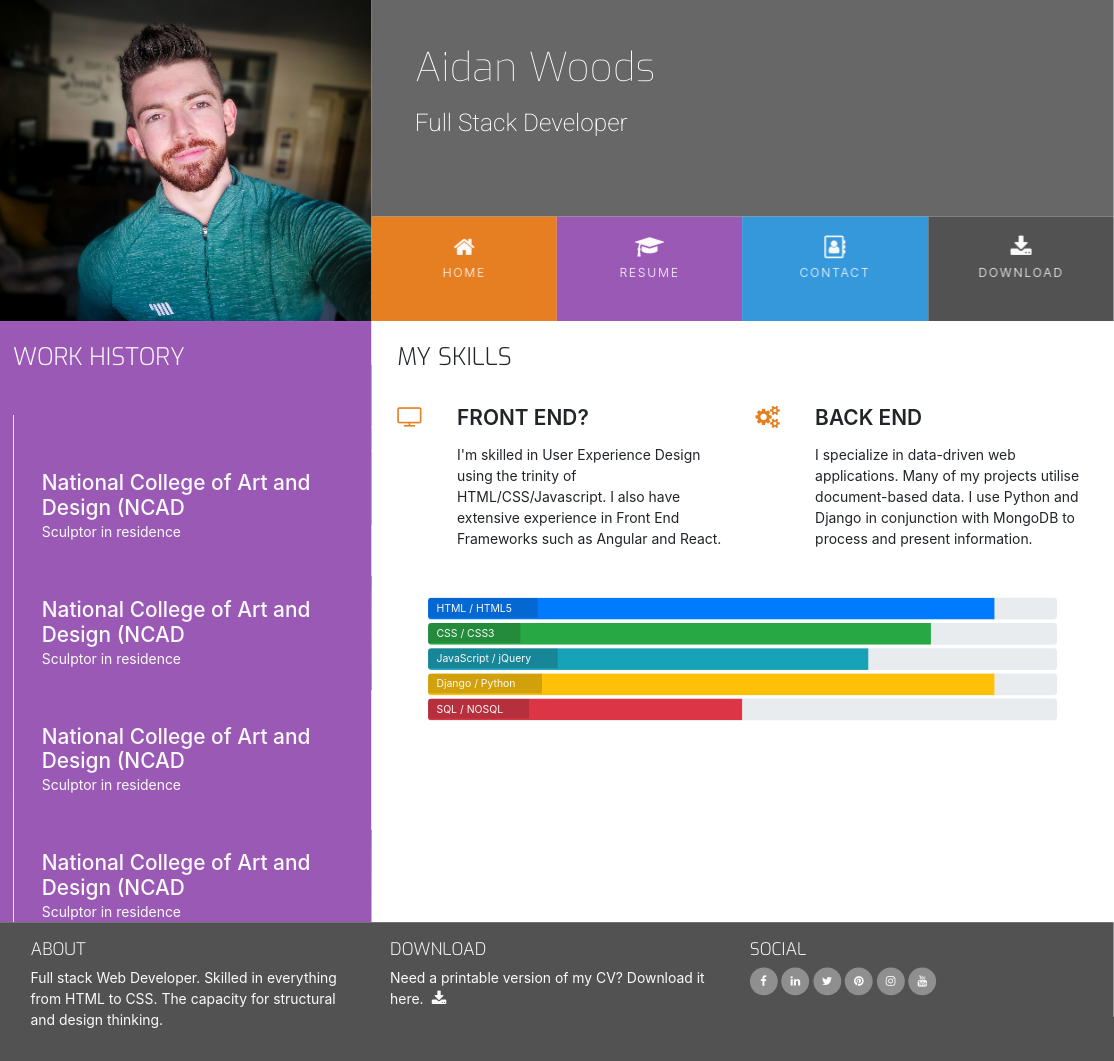
Repository: woodsyboi/Resume
Page: resume.html
The author's editor kept a record of every edit. The page is drawn from the files as they stood at one moment, then again after the next edit.
The browser window is 1280 px wide. The pictures show the whole page, at 87% of full size.

Above is the page before.

### resume.html
<!DOCTYPE html>
<html lang="en">

<head>
    <meta charset="UTF-8">
    <meta name="viewport" content="width=device-width, initial-scale=1.0">
    <meta http-equiv="X-UA-Compatible" content="ie=edge">
    <link rel="stylesheet" href="https://stackpath.bootstrapcdn.com/bootstrap/4.3.1/css/bootstrap.min.css" type="text/css" />
    <link rel="stylesheet" href="https://stackpath.bootstrapcdn.com/font-awesome/4.7.0/css/font-awesome.min.css" type="text/css" />
    <link rel="stylesheet" href="https://cdnjs.cloudflare.com/ajax/libs/hover.css/2.3.1/css/hover-min.css
" type="text/css" />
    <link rel="stylesheet" href="assets/css/style.css" type="text/css" />
    <title>Aidan</title>
</head>

<body>
    <header>
        <div class="row no-gutters">
            <a href="index.html" class="col-md-4 logo">

            </a>
            <div class="col-md-8">
                <div class="row no-gutters bg-color-name-title">
                    <div class="col heading">
                        <h1 class="name">Aidan Woods</h1>
                        <h2 class="title">Full Stack Developer</h2>
                    </div>

                </div>
                <div class="row no-gutters">
                    <div class="col">
                        <ul id="nav" class="list-inline menucontainer">
                            <li class="col-6 col-sm-3 ui-menu-color-home list-inline-item menuitem">
                                <a href="#" class="hvr-sweep-to-bottom"><i class="fa fa-home"></i><span>Home</span></a>
                            </li>
                            <li class="col-6 col-sm-3 ui-menu-color-resume list-inline-item menuitem">
                                <a href="#" class="hvr-sweep-to-bottom"><i class="fa fa-graduation-cap"></i><span>Resume</span></a>
                            </li>
                            <li class="col-6 col-sm-3 ui-menu-color-contact list-inline-item menuitem">
                                <a href="#" class="hvr-sweep-to-bottom"><i class="fa fa-address-book-o"></i><span>Contact</span></a>
                            </li>
                            <li class="col-6 col-sm-3 ui-menu-color-download list-inline-item menuitem">
                                <a href="#" class="hvr-sweep-to-bottom"><i class="fa fa-download"></i><span>Download</span></a>
                            </li>
                        </ul>
                    </div>
                </div>

            </div>
        </div>
    </header>
    <section class="container-fluid">

        <div class="row ">
            <div class="col-md-4 bg-color-work-history section-coloum">
                <div class="row">
                    <div class="col-12">
                        <h3 class="history-heading uppercase">
                            Work History
                        </h3>
                    </div>
                </div>
                <div class="timeline-item" data-dates="02/1998 - 04/2004">
                    <h4>National College of Art and Design (NCAD</h4>
                    <p>Sculptor in residence</p>
                </div>
                <div class="timeline-item" data-dates="04/2004 - 06/2008">
                    <h4>National College of Art and Design (NCAD</h4>
                    <p>Sculptor in residence</p>
                </div>
                <div class="timeline-item" data-dates="06/2008 - 06/2011">
                    <h4>National College of Art and Design (NCAD</h4>
                    <p>Sculptor in residence</p>
                </div>
                <div class="timeline-item" data-dates="06/2011 - Present">
                    <h4>National College of Art and Design (NCAD</h4>
                    <p>Sculptor in residence</p>
                </div>
            </div>


            <div class="col-md-8 bg-color-three-reasons section-column">
                <div class="row">
                    <div class="col">
                        <h3 class="section-heading uppercase">My Skills</h3>
                    </div>
                </div>
                <div class="row">
                    <div class="col-10 offset-1 offset-sm-0 col-sm-4 col-md-6">
                        <div class="row">
                            <div class="col-2">
                                <i class="three-reasons-icon fa fa-tv" aria-hidden="true"></i>
                            </div>
                            <div class="col-10">
                                <h4 class="three-reasons-heading uppercase">Front End?</h4>
                                <p>
                                    I'm skilled in User Experience Design using the trinity of HTML/CSS/Javascript. I also have extensive experience in Front End Frameworks such as Angular and React. </p>
                            </div>
                        </div>
                    </div>
                    <div class="col-10 offset-1 offset-sm-0 col-sm-4 col-md-6">
                        <div class="row">
                            <div class="col-2">
                                <i class="three-reasons-icon fa fa-gears" aria-hidden="true"></i>
                            </div>
                            <div class="col-10">
                                <h4 class="three-reasons-heading uppercase">Back End</h4>
                                <p>
                                    I specialize in data-driven web applications. Many of my projects utilise document-based data. I use Python and Django in conjunction with MongoDB to process and present information.
                                </p>
                            </div>
                        </div>
                    </div>


                </div>

                <div class="row progress-section">
                    <div class="col">
                        <div class="progress">
                            <div class="progress-bar" role="progressbar" aria-valuenow="90" aria-valuemin="0" aria-valuemax="100" style="width:90%;">
                                <span class="sr-only">90% complete</span>
                            </div>
                            <span class="progress-type">HTML / HTML5</span>
                        </div>
                        <div class="progress">
                            <div class="progress-bar bg-success" role="progressbar" aria-valuenow="980" aria-valuemin="0" aria-valuemax="100" style="width:80%;">
                                <span class="sr-only">80% complete</span>
                            </div>
                            <span class="progress-type">CSS / CSS3</span>
                        </div>
                        <div class="progress">
                            <div class="progress-bar bg-info" role="progressbar" aria-valuenow="70" aria-valuemin="0" aria-valuemax="100" style="width:70%;">
                                <span class="sr-only">70% complete</span>
                            </div>
                            <span class="progress-type">JavaScript / jQuery</span>
                        </div>
                        <div class="progress">
                            <div class="progress-bar bg-warning" role="progressbar" aria-valuenow="90" aria-valuemin="0" aria-valuemax="100" style="width:90%;">
                                <span class="sr-only">90% complete</span>
                            </div>
                            <span class="progress-type">Django / Python</span>
                        </div>
                        <div class="progress">
                            <div class="progress-bar bg-danger" role="progressbar" aria-valuenow="50" aria-valuemin="0" aria-valuemax="100" style="width:50%;">
                                <span class="sr-only">50% complete</span>
                            </div>
                            <span class="progress-type">SQL / NOSQL</span>
                        </div>
                    </div>
                </div>
            </div>
        </div>

    </section>
    <footer class="container-fluid">
        <div id="footer-details" class="row">
            <div class="col-sm-4">
                <h5 class="uppercase general-sub">About</h5>
                <p class="inline-block">
                    Full stack Web Developer. Skilled in everything from HTML to CSS. The capacity for structural and design thinking.</p>

            </div>
            <div class="col-sm-4">
                <h5 class="uppercase general-sub">Download</h5>
                <p class="inline-block">
                    Need a printable version of my CV? Download it here.
                    <a href="#" target="_blank" class="cv-pdf">
                        <i class="fa fa-download" aria-hidden="true"></i>
                        <span class="sr-only"> Download Link.</span>
                    </a>
                </p>

            </div>
            <div class="col-sm-4">
                <h5 class="uppercase general-sub">Social</h5>
                <ul class="list-inline social-links">
                    <li class="list-inline-item">
                        <a target="_blank" href="#">
                            <i class="fa fa-facebook" aria-hidden="true"></i>
                            <span class="sr-only">Facebook</span>
                        </a>
                    </li>
                    <li class="list-inline-item">
                        <a target="_blank" href="#">
                            <i class="fa fa-linkedin" aria-hidden="true"></i>
                            <span class="sr-only">LinkedIn</span>
                        </a>
                    </li>
                    <li class="list-inline-item">
                        <a target="_blank" href="#">
                            <i class="fa fa-twitter" aria-hidden="true"></i>
                            <span class="sr-only">Twitter</span>
                        </a>
                    </li>
                    <li class="list-inline-item">
                        <a target="_blank" href="#">
                            <i class="fa fa-pinterest" aria-hidden="true"></i>
                            <span class="sr-only">Pinterest</span>
                        </a>
                    </li>
                    <li class="list-inline-item">
                        <a target="_blank" href="#">
                            <i class="fa fa-instagram" aria-hidden="true"></i>
                            <span class="sr-only">Instagram</span>
                        </a>
                    </li>
                    <li class="list-inline-item">
                        <a target="_blank" href="#">
                            <i class="fa fa-youtube" aria-hidden="true"></i>
                            <span class="sr-only">YouTube</span>
                        </a>
                    </li>
                </ul>

            </div>
        </div>
    </footer>

</body>

</html>

### assets/css/style.css
@import url('https://fonts.googleapis.com/css?family=Roboto:100,200,300,400,500,600,700|Exo:100,200,300,400,500,600,700');


/*------------------------------Colors--------*/

.bg-color-name-title {
    background-color: #676767;
}


.bg-color-three-reasons {
    background-color:#fff;
}

.bg-color-personal-info {
    background-color: #f4f4f4;
}

.ui-menu-color-home {
    background-color: #e67e22;

}

.ui-menu-color-resume {
    background-color: #9b59b6;

}

.ui-menu-color-contact {
    background-color: #3498db;

}

.ui-menu-color-download {
    background-color: #525252;

}

.bg-color-work-history {
    background-color: #9b59b6;
}

/*----------------------------special paddings/margins/text*/

h1,
h2,
h3,
h4 {
    margin: 0;
}

.uppercase {
    text-transform: uppercase;
}

.general-sub {
    font-family:"Exo", sans-serif;
    font-weight: 300;
    color: #fafafa;
}

.inline-block{
    display:inline-block;
}

.row-table {
    display:table;
}

.section-column {
    display:table-cell;
    padding:0 30px 30px;
    float:none;
}

.history-heading,
.section-heading{
    font-family:"Exo", sans-serif;
    font-weight: 300;
    margin-top: 25px;
    margin-bottom: 40px;
}
/*-------------------------------Heading--------*/

header {

    margin: 0;

}

.heading {
    margin-left: 50px;

}

.logo {
    background: url("../images/my_face.jpg");
    background-position: center;
    background-repeat: no-repeat;
    background-size: cover;
    min-height: 360px;
    transition: all .5s ease-in-out;
    -moz-transition: all .5s ease-in-out;
    -webkit-transition: all .5s ease-in-out;
}

.name {
    font-family: "Exo", sans-serif;
    font-weight: 100;
    font-size: 46px;
    margin-top: 50px;
    color: #fff;

}

.title {
    font-family: "Roboto", sans-serif;
    font-weight: 200;
    font-size: 28px;
    margin-top: 20px;
    margin-bottom: 90px;
    color: #fff;

}

.list-inline-item:not(:last-child) {
    margin: 0;
}

.menucontainer {
    font-size: 0;
}

#nav {
    margin: 0;
}

#nav li {
    font-size: 14px;
    padding: 0;
}


.menuitem {
    height: 120px;
    text-align: center;
    padding: 0;

}

.menuitem a {
    width: 100%;
    text-decoration: none;
    color: #fff;
    height: 120px;

}

.menuitem a i {
    padding-top: 22px;
    display: block;
    color: #fafafa;
    font-size: 26px;


}

.menuitem span {
    display: block;
    width: 100%;
    padding-top: 5px;
    text-align: center;
    text-transform: uppercase;
    font-size: 14px;
    font-weight: 300;
    letter-spacing: 2px;

}



/*----------------------------hover*/

.hvr-sweep-to-bottom:before {
    background-color: rgba(0, 0, 0, 0.2);
    height: 120px;

}


/*-------------------------------footer--------*/

footer{
    background-color: #525252;
    color:#fafafa;
    min-height: 120px;
}


.cv-pdf i{
   font-size: 18px;
   color: #fafafa;
   text-align: center;
   padding-left: 5px;
   transition: all 0.35s ease-in-out;
   -moz-transition: all 0.35s ease-in-out;
   -webkit-transition: all 0.35s ease-in-out;
   -o-transition: all 0.35s ease-in-out;

}

.cv-pdf i:hover {
    color:#e84710;
}

.social-links{
    padding-bottom: 15px;
}

.social-links li a i {
    width:32px;
    height:32px;
    padding:12px 0;
    border-radius:50%;
    font-size: 13px;
    line-height: 7px;
    text-align:center;
    color:#fafafa;
    background:#8f8f8f;
    transition: all 0.35s ease-in-out;
   -moz-transition: all 0.35s ease-in-out;
   -webkit-transition: all 0.35s ease-in-out;
   -o-transition: all 0.35s ease-in-out;

}

.social-links li a i:hover {
    background:#e84710;
}

#footer-details {
    padding:20px;
}

/*-------------------------------Three reasons--------*/

.three-reasons-icon {
    font-size:26px;
    color: #e67e22;
}

.three-reasons-heading {
    margin-bottom: 15px;
}

.three-reasons-heading {
    font-weight: 600;
}

/*------------------------------Personal Info--------*/

.personal-info-item {
    margin-bottom:20px;
    display: block;
    clear: both;
}

.personal-info-item .key,
.personal-info-item .value {
    padding-right:8px;
    display:inline-block;

}

.personal-info-item .key p,
.personal-info-item .value p{
    margin:0;
}

.personal-info-item .key{
    width:30%;
    margin-right:21px;
    padding-top:2px;
    vertical-align:top;
}

.personal-info-item .key p {
    font-weight: 700;
}

.personal-info-item .value{
    position: relative;
    width: 60%;
}

/*-----------------------------Skills--------*/

.progress{
    position: relative;
    height:25px;
    margin-bottom:4px;
}

.progress-type {
    position: absolute;
    left:0px;
    font-weight: 400;
    padding: 3px 30px 2px 10px;
    color: #fafafa;
    background-color: rgba(25,25,25,0.2);
}

.progress-section {
    margin: 40px 20px;
}

/*-----------------------------work history--------*/


.history-heading{
    color:#fafafa;
    margin-bottom: 50px;
}

.timeline-item {
    padding: 4em 2em 0em 2em;
    position:relative;
    color: #fafafa;
    border-left: 1px solid;


}

.timeline-item p {
    padding: 0;
    margin: 0;

}
.timeline-item:before {
    content:attr{data-dates);
    position: absolute;
    left: 2.5em;
    top: 3em;
    display: block;
    font-family: "Exo", sans-serif;
    font-weight: 500;
    font-size: 0.8em;
    padding:0;
    margin:0;
}

.timeline-item:after {
    width: 12px;
    height: 12px;
    display: block;
    top: 2.4em;
    position:absolute;
    left:-6px;
    border-radius:12px;
    content: '';
    background: #fafafa;
}

After the next edit:
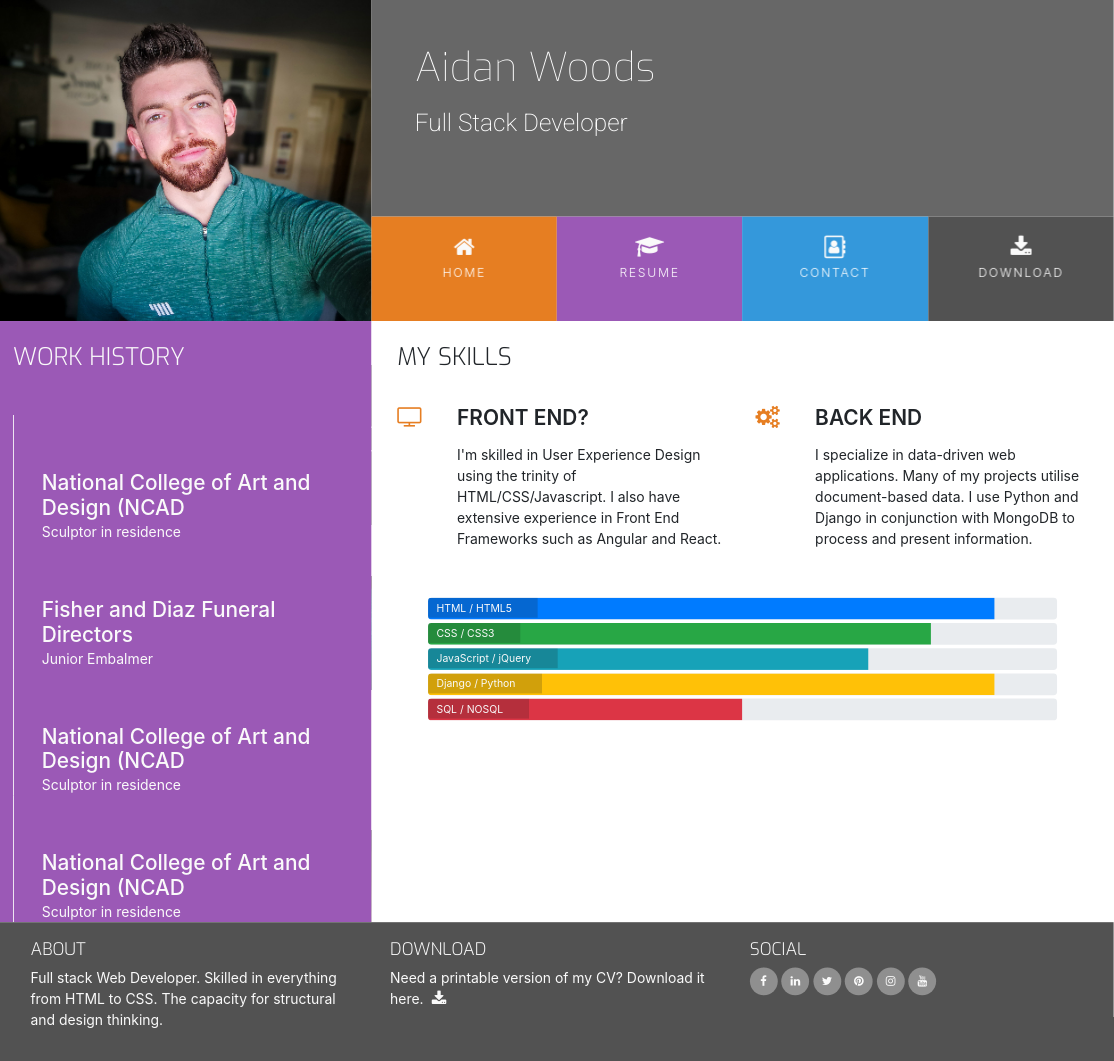
The edit:
--- a/resume.html
+++ b/resume.html
@@ -65,8 +65,8 @@
                     <p>Sculptor in residence</p>
                 </div>
                 <div class="timeline-item" data-dates="04/2004 - 06/2008">
-                    <h4>National College of Art and Design (NCAD</h4>
-                    <p>Sculptor in residence</p>
+                    <h4>Fisher and Diaz Funeral Directors</h4>
+                    <p>Junior Embalmer</p>
                 </div>
                 <div class="timeline-item" data-dates="06/2008 - 06/2011">
                     <h4>National College of Art and Design (NCAD</h4>
